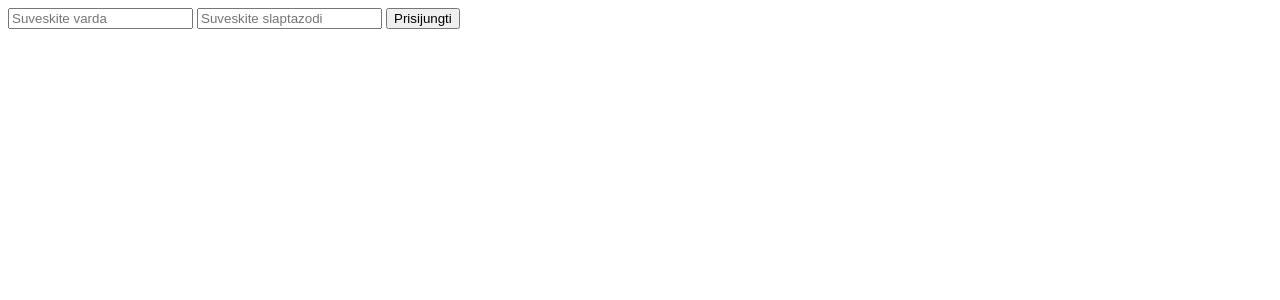
Repository: motiejus1/06-paskaita-PHP-05.31
Page: http://localhost/
These files come from the project's save history. The page is drawn as it stood at one moment and after the next save; the edit follows.
The browser window is 1280 px wide. The pictures show the whole page.
The page is run by PHP 8.4 with error messages shown; the project is at /var/www/html/.

Above is the page before, as saved 2021-07-29 19:44:40.

After the next save:
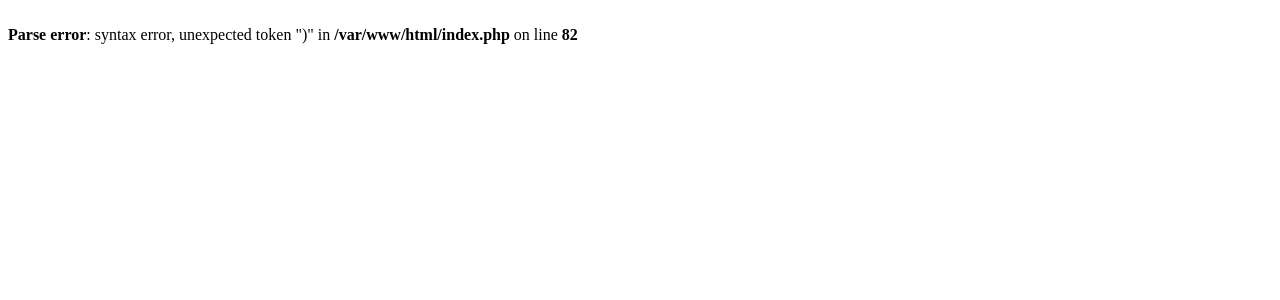
Saved 2 min 3 s later.
--- a/index.php
+++ b/index.php
@@ -79,7 +79,7 @@
             $vardas = $_GET["vardas"];
             $slaptazodis = $_GET["slaptazodis"];
 
-            //foreach()
+            foreach()
             // for() cikle
                 if($vardas == "admin" && $slaptazodis == "admin") {
                     header("Location: manopaskyra.php");

After the save that followed:
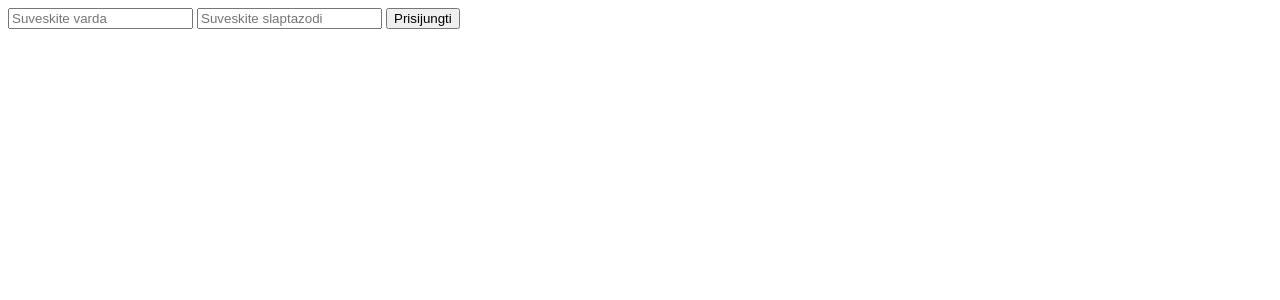
Saved 14 s later.
--- a/index.php
+++ b/index.php
@@ -79,7 +79,7 @@
             $vardas = $_GET["vardas"];
             $slaptazodis = $_GET["slaptazodis"];
 
-            foreach()
+            // foreach()
             // for() cikle
                 if($vardas == "admin" && $slaptazodis == "admin") {
                     header("Location: manopaskyra.php");
